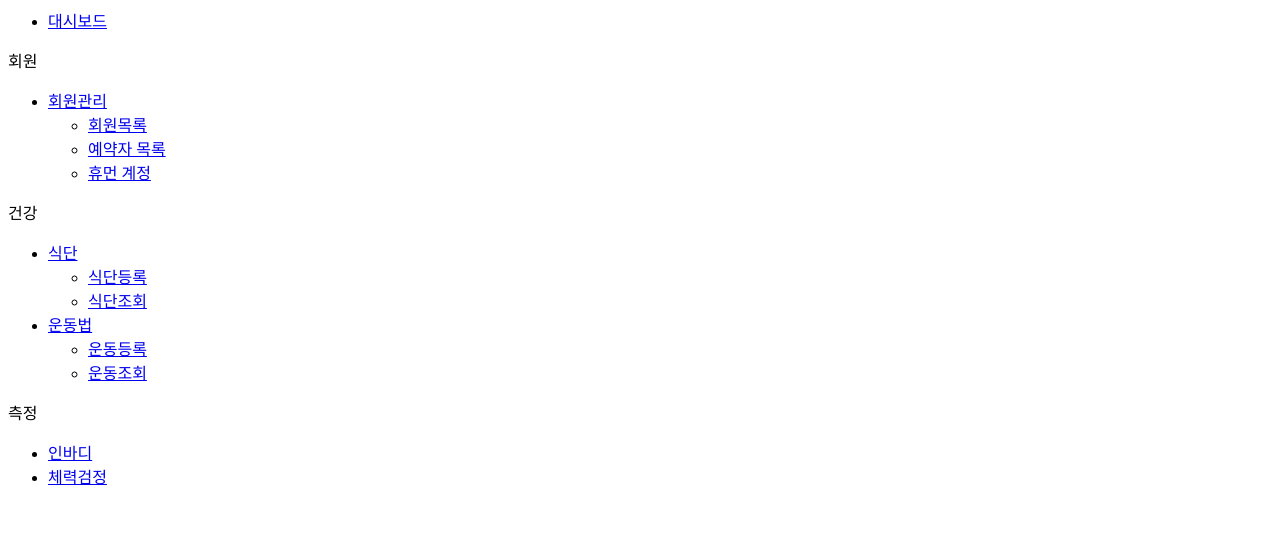
Repository: sjhello/Kitri_SpringProject
Page: http://localhost/SpringProject/WEB-INF/views/comn/admin/admin-nav.jsp
An editor plug-in stored every save of this project. The page is shown before and after the next save, followed by the edit.
The browser window is 1280 px wide. The pictures show the whole page.
The page is served by Tomcat 9. Nobody is signed in. Other server files are loaded and not shown. The template is opened directly, without the code that normally fills it, so the values that code supplies are empty.

Above is the page before, as saved 2018-12-03 08:48:21.

### SpringProject/src/main/webapp/WEB-INF/views/comn/admin/admin-nav.jsp
<%@ page language="java" contentType="text/html; charset=UTF-8"
    pageEncoding="UTF-8"%>
<div class="default-sidebar">
<!-- Begin Side Navbar -->
<nav class="side-navbar box-scroll sidebar-scroll">
	<ul class="list-unstyled">
        <li><a href="admin.do"><i class="la la-bar-chart"></i><span>대시보드</span></a></li>
    </ul>
    <span class="heading">회원</span>
    <ul class="list-unstyled">
        <li><a href="#dropdown-user" aria-expanded="false" data-toggle="collapse"><i class="la la-group"></i><span>회원관리</span></a>
            <ul id="dropdown-user" class="collapse list-unstyled pt-0">
                <li><a href="memberList.do">회원목록</a></li>
                <li><a href="bookMember.do">예약자 목록</a></li>
                <li><a href="inactiveMember.do">휴먼 계정</a></li>
            </ul>
        </li>
    </ul>
    <span class="heading">건강</span>
    <ul class="list-unstyled">
	    <li><a href="#dropdown-health" aria-expanded="false" data-toggle="collapse"><i class="la ti-apple"></i><span>식단</span></a>
	        <ul id="dropdown-health" class="collapse list-unstyled pt-0">
	            <li><a href="adDietWrite.do">식단등록</a></li>
	            <li><a href="adDiet.do">식단조회</a></li>
	        </ul>
	    </li>
	    <li><a href="#dropdown-exercise" aria-expanded="false" data-toggle="collapse"><i class="la la-bicycle"></i><span>운동법</span></a>
	        <ul id="dropdown-exercise" class="collapse list-unstyled pt-0">
	            <li><a href="adExerciseWrite.do">운동등록</a></li>
	            <li><a href="adExercise.do">운동조회</a></li>
	        </ul>
	    </li>
	</ul>
     <span class="heading">측정</span>
	<ul class="list-unstyled">
        <li><a href="adInbody.do"><i class="la la-yc-square"></i><span>인바디</span></a></li>
        <li><a href="adFixTest.do"><i class="la la-certificate"></i><span>체력검정</span></a></li>
    </ul>
</nav>
</div>

After the next save:
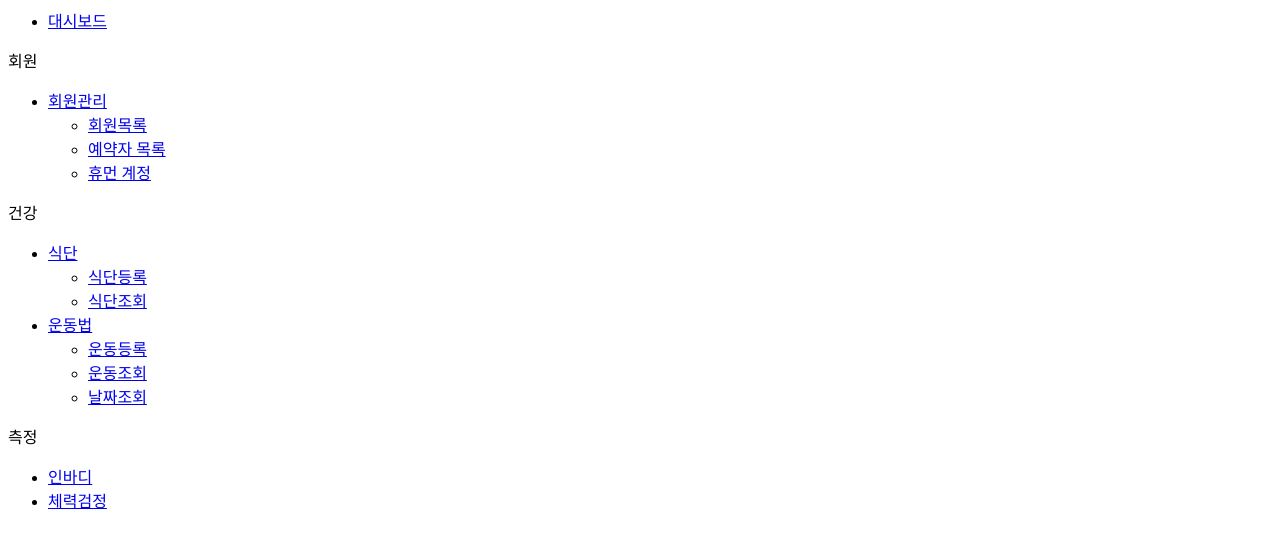
Saved 83 s later.
--- a/SpringProject/src/main/webapp/WEB-INF/views/comn/admin/admin-nav.jsp
+++ b/SpringProject/src/main/webapp/WEB-INF/views/comn/admin/admin-nav.jsp
@@ -28,6 +28,7 @@
 	        <ul id="dropdown-exercise" class="collapse list-unstyled pt-0">
 	            <li><a href="adExerciseWrite.do">운동등록</a></li>
 	            <li><a href="adExercise.do">운동조회</a></li>
+	            <li><a href="adExerciseSelect.do">날짜조회</a></li>
 	        </ul>
 	    </li>
 	</ul>
